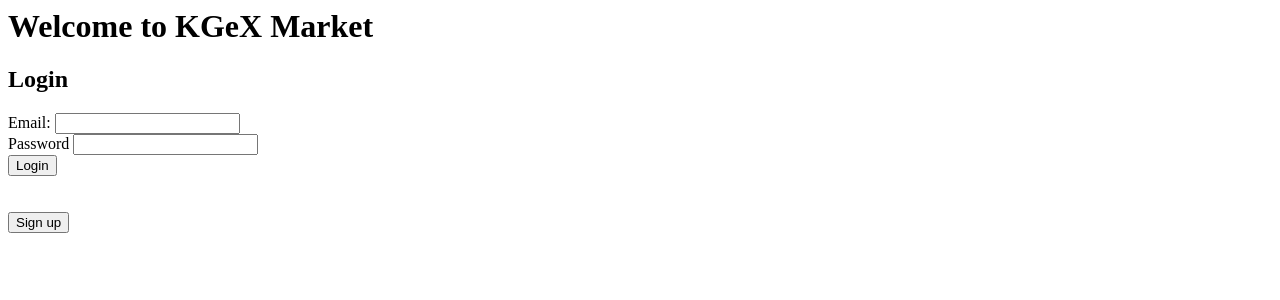
Repository: Keko1/market
Page: http://localhost/Market/LoginController
These files come from the project's save history. The page is drawn as it stood at one moment and after the next save; the edit follows.
The browser window is 1280 px wide. The pictures show the whole page.
The page is served by Tomcat 9. Queries for data that is not in the repository find no rows.

Above is the page before, as saved 2021-02-10 13:03:30.

After the next save:
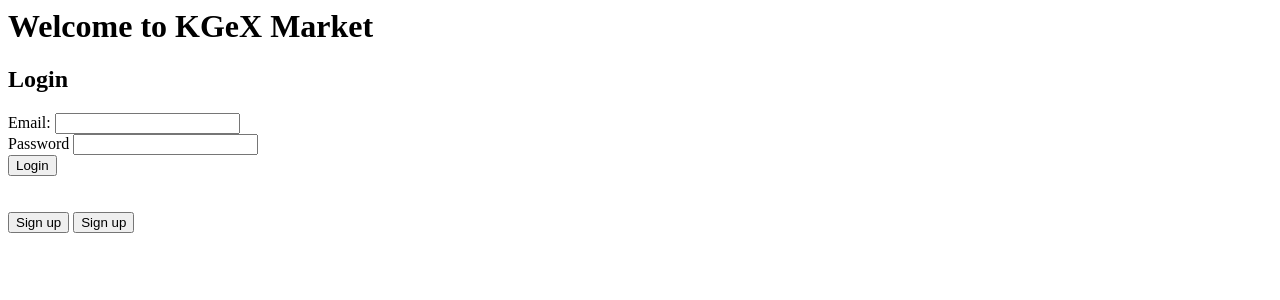
Saved 11 min 10 s later.
--- a/Market/WebContent/login.jsp
+++ b/Market/WebContent/login.jsp
@@ -15,5 +15,6 @@
   		  <button class="btn btn-success" type="submit">Login</button><br>
 
   		  <br><br><button class="btn btn-success" type="submit" onclick="return home.jsp">Sign up</button>
+  		  <button onclick="window.location.href='home.jsp'">Sign up</button>
 </body>
 </html>

After the save that followed:
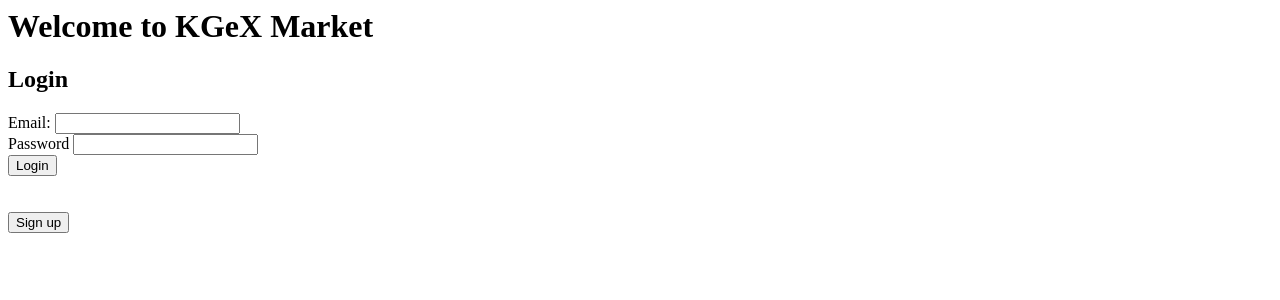
Saved 14 s later.
--- a/Market/WebContent/login.jsp
+++ b/Market/WebContent/login.jsp
@@ -14,7 +14,7 @@
   		  <input class="input" type="password" id="pass" name="pass"><br>
   		  <button class="btn btn-success" type="submit">Login</button><br>
 
-  		  <br><br><button class="btn btn-success" type="submit" onclick="return home.jsp">Sign up</button>
+  		  <br><br>
   		  <button onclick="window.location.href='home.jsp'">Sign up</button>
 </body>
 </html>
